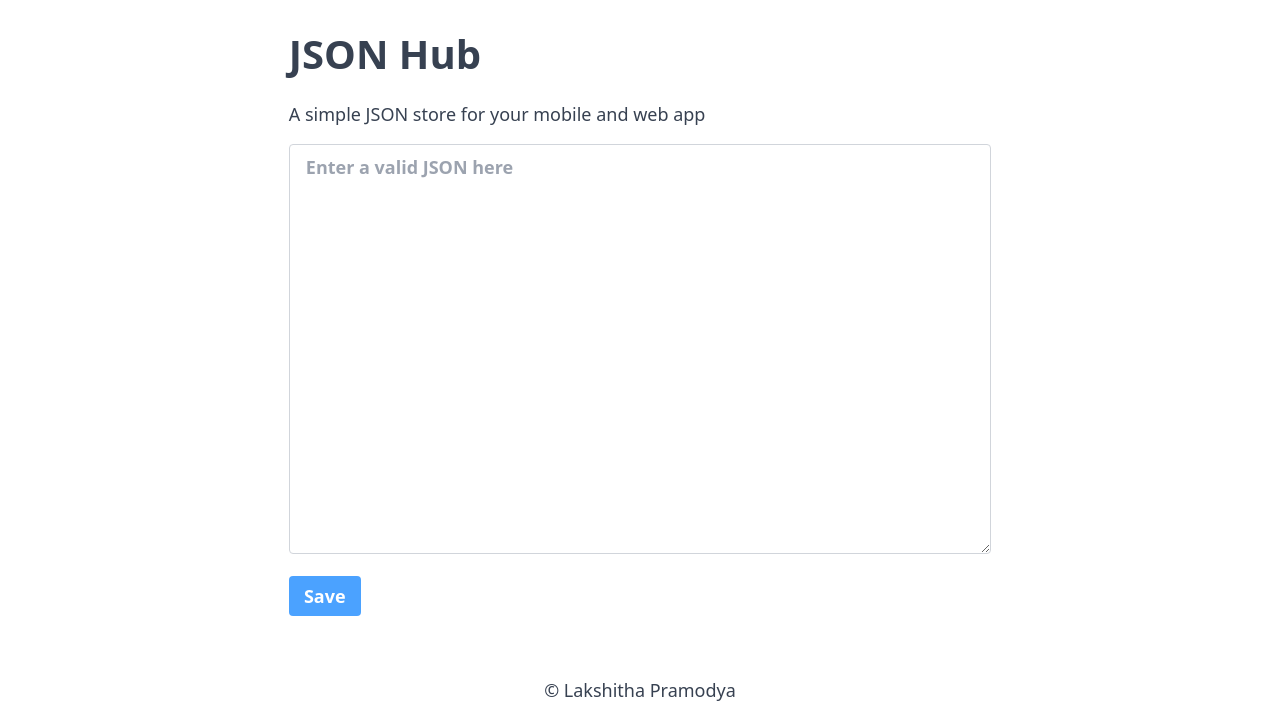
Repository: lakshithapramodya/jsonhub
Page: / (app in client/)
These files come from the project's save history. The page is drawn as it stood at one moment and after the next save; the edit follows.
The browser window is 1280 px wide. The pictures show the whole page.
The page's requests for data from a server got no answer. The project was rebuilt for these pictures with package versions that can differ from the ones it lists, and the page was loaded fresh each time. No one was signed in, and anything a server would have sent is missing. Also part of the build but not shown: client/src/HandleJsonData.js.

Above is the page before, as saved 2023-05-14 15:41:15.

### client/src/index.js
import React from "react";
import ReactDOM from "react-dom/client";
import "./index.css";
import App from "./App";
import { BrowserRouter, Route, Routes } from "react-router-dom";
import HandleJsonData from "./HandleJsonData";

const root = ReactDOM.createRoot(document.getElementById("root"));
root.render(
  <React.StrictMode>
    <BrowserRouter>
      <Routes>
        <Route path="/" element={<App />} />
        <Route path=":url" element={<HandleJsonData />} />
      </Routes>
    </BrowserRouter>
  </React.StrictMode>
);

### client/src/App.js
import { useState } from "react";
import { SERVER_ENDPOINT } from "./config/Default";
import axios from "axios";
import Footer from "./components/Footer";

function App() {
  const [input, setInput] = useState([]);
  const [url, setUrl] = useState("");

  const sendRequest = async () => {
    const res = await axios
      .post(`${SERVER_ENDPOINT}/api/json`, {
        text: input,
      })
      .then()
      .catch((err) => console.log(err));
    const data = res.data;
    return data;
  };

  const handleSubmit = (e) => {
    e.preventDefault();
    sendRequest().then((res) => {
      console.log(res.url);
      res && setInput([]);
      setUrl(res.url);
    });
  };

  function isJsonString(str) {
    try {
      JSON.parse(str);
    } catch (e) {
      return false;
    }
    return true;
  }

  return (
    <div className="min-w-full min-h-screen flex flex-col">
      <div className="flex flex-col mx-auto mt-6 w-full sm:w-[80%] md:w-[70%] lg:w-[58%] items-center justify-center">
        <form onSubmit={handleSubmit} className="w-full space-y-4 px-5">
          {url && (
            <div className="text-lg font text-blue-900 flex w-full bg-blue-100 px-6 py-4 rounded-lg">
              <pre className="">Your JSON is hosted at: </pre>
              <a className="underline" href={`${SERVER_ENDPOINT}/${url}`}>
                {`${SERVER_ENDPOINT}/${url}`}
              </a>
            </div>
          )}
          <h1 className="text-[2.5rem] font-semibold text-gray-700">
            JSON Hub
          </h1>
          <p className="text-gray-700 text-lg">
            A simple JSON store for your mobile and web app
          </p>
          <textarea
            placeholder="Enter a valid JSON here"
            onChange={(e) => setInput(e.target.value)}
            value={input}
            rows={14}
            className={`border border-gray-300 w-full rounded p-2 px-4 text-lg font-semibold focus:outline-none`}
          />
          <button
            className="bg-[#007bff] p-1 px-3 w-[4.5rem] h-10 rounded font-semibold text-lg text-white disabled:opacity-70"
            disabled={!isJsonString(input)}
            type="submit"
          >
            Save
          </button>
        </form>
      </div>
      <Footer />
    </div>
  );
}

export default App;

### client/src/config/Default.js
export const SERVER_ENDPOINT =
  process.env.REACT_APP_SERVER_ENDPOINT || "http://localhost:5000";

### client/src/components/Footer.js
import React from "react";

export default function Footer() {
  return (
    <div className="mt-auto mx-auto mb-4 pt-2">
      <p className="text-lg text-gray-700">© Lakshitha Pramodya</p>
    </div>
  );
}

Loaded but not shown: client/public/index.html (common file); client/src/index.css (common file); client/tailwind.config.js (common file)

After the next save:
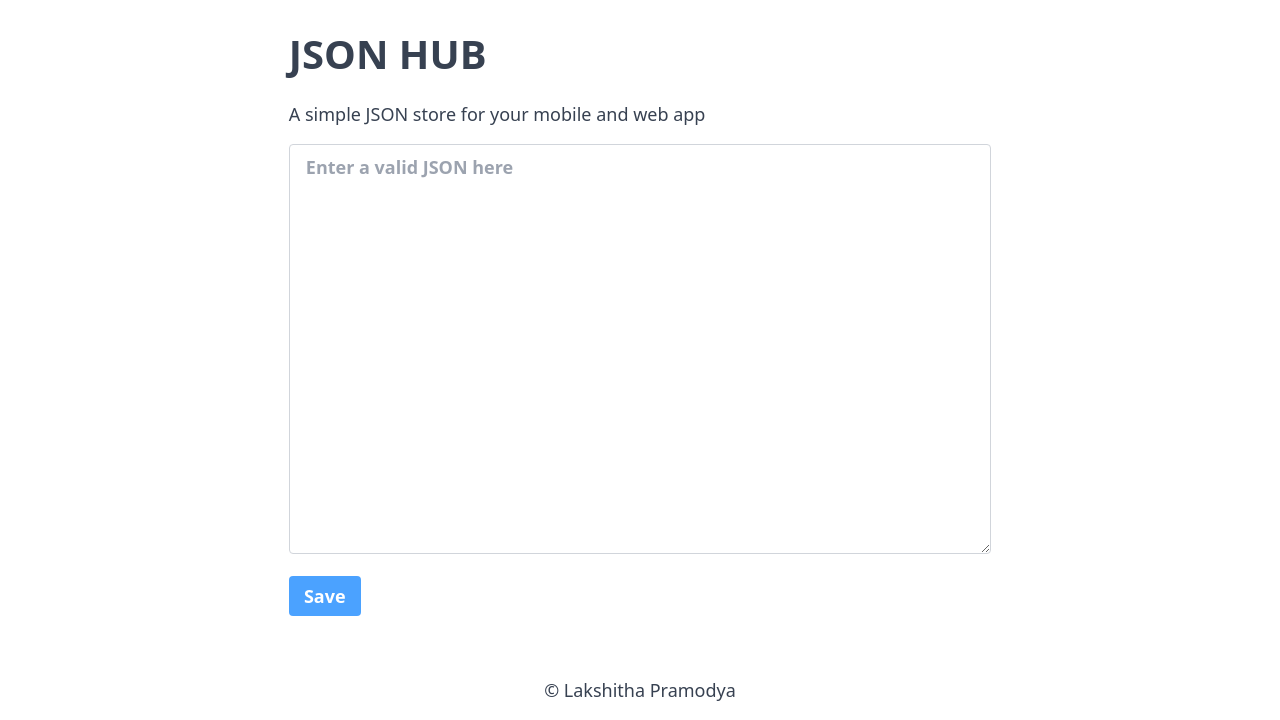
Saved 16 min 49 s later.
--- a/client/src/App.js
+++ b/client/src/App.js
@@ -49,7 +49,7 @@ function App() {
             </div>
           )}
           <h1 className="text-[2.5rem] font-semibold text-gray-700">
-            JSON Hub
+            JSON HUB
           </h1>
           <p className="text-gray-700 text-lg">
             A simple JSON store for your mobile and web app
